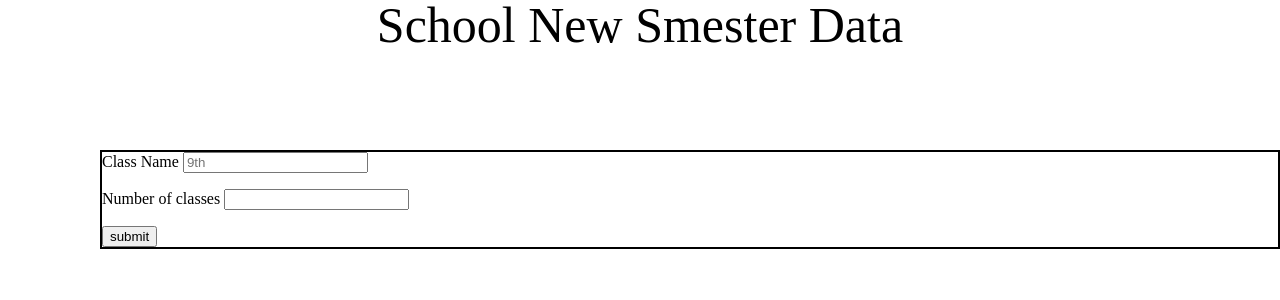
Repository: Razan-am/exam-practice
Page: index.html
The author's editor kept a copy of each file at every save. The page is drawn from the files as they stood at one save, then again after the next save.
The browser window is 1280 px wide. The pictures show the whole page.

Above is the page before, as saved 2021-05-31 00:01:40.

After the next save:
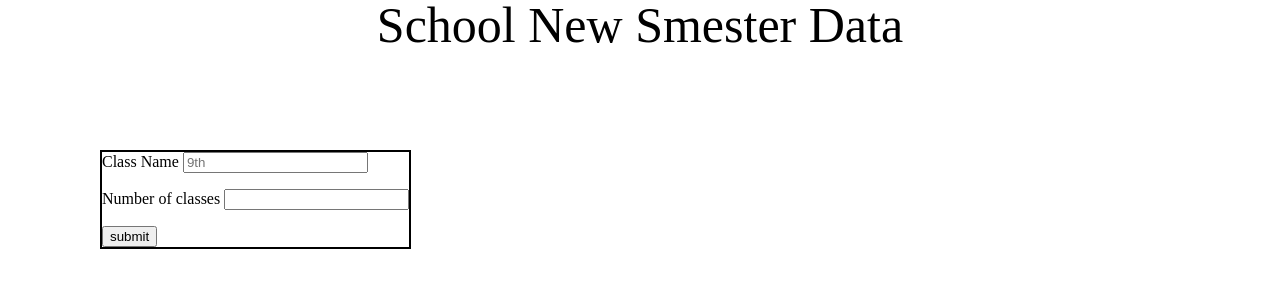
Saved 7 s later.
--- a/css/style.css
+++ b/css/style.css
@@ -10,6 +10,7 @@ form{
 
 }
 fieldset{
+    display: inline;
     border: 2px solid black;
 }
 
